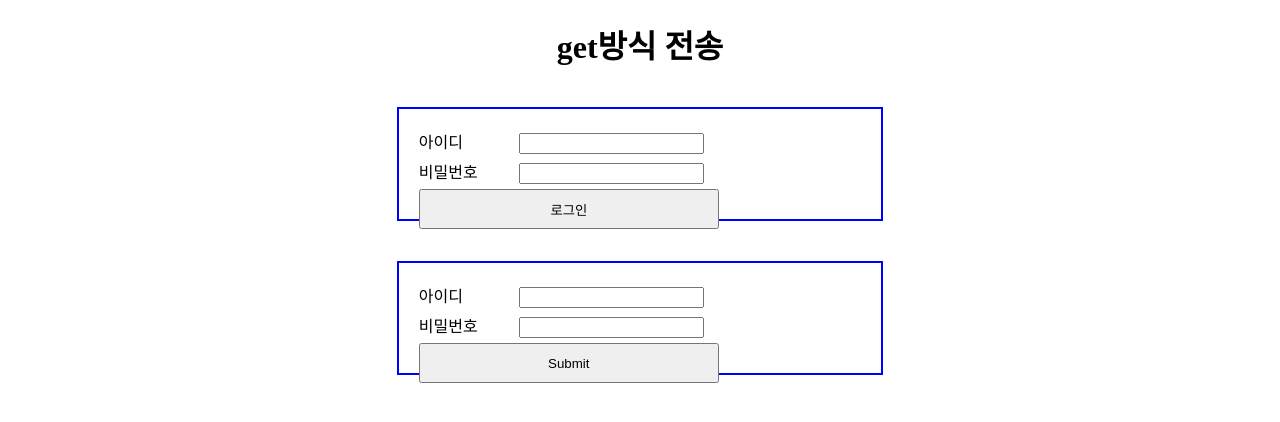
Repository: solsol7/ddit-html
Page: webpro/WebContent/0623/inputtest1.html
The author's editor kept a copy of each file at every save. The page is drawn from the files as they stood at one save, then again after the next save.
The browser window is 1280 px wide. The pictures show the whole page.

Above is the page before, as saved 2023-06-23 08:18:10.

After the next save:
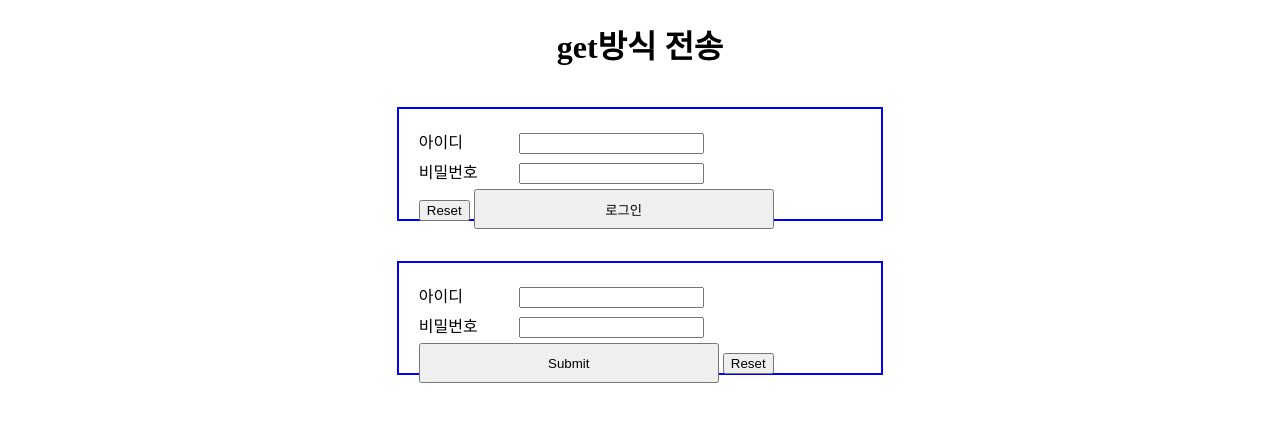
Saved 53 s later.
--- a/webpro/WebContent/0623/inputtest1.html
+++ b/webpro/WebContent/0623/inputtest1.html
@@ -41,6 +41,7 @@ span{
 <form action="inputpro1.jsp" method="get">
 	<span>아이디</span><input type="text" name="id"> <br>
 	<span>비밀번호</span><input type="password" name="pass"> <br>
+	<input type="reset">
 
 	<input class="send" type="submit" value="로그인">
 <!-- 	value 속성 안쓰면 로그인버튼에 제출 뜸(submit - 제출) -->
@@ -50,6 +51,7 @@ span{
 	<span>아이디</span><input type="text" name="id"> <br>
 	<span>비밀번호</span><input type="password" name="pass"> <br>
 	<input class="send" type="submit">
+	<input type="reset">
 </form>
 </body>
 </html>
